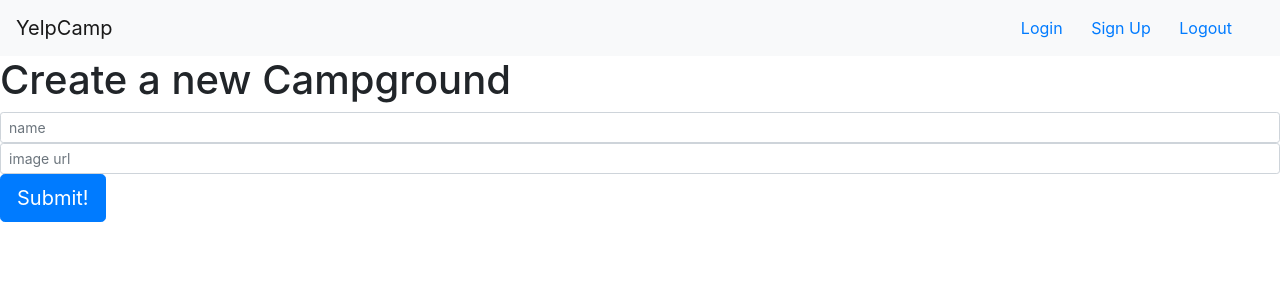
Repository: manojsatya/YelpCamp
Page: http://localhost/campgrounds/new
These files come from the project's save history. The page is drawn as it stood at one moment and after the next save; the edit follows.
The browser window is 1280 px wide. The pictures show the whole page.
The page is served by the project's Node server (app.js).

Above is the page before, as saved 2019-06-14 17:45:54.
Console error: TypeError: Cannot read properties of undefined (reading 'fn')

After the next save:
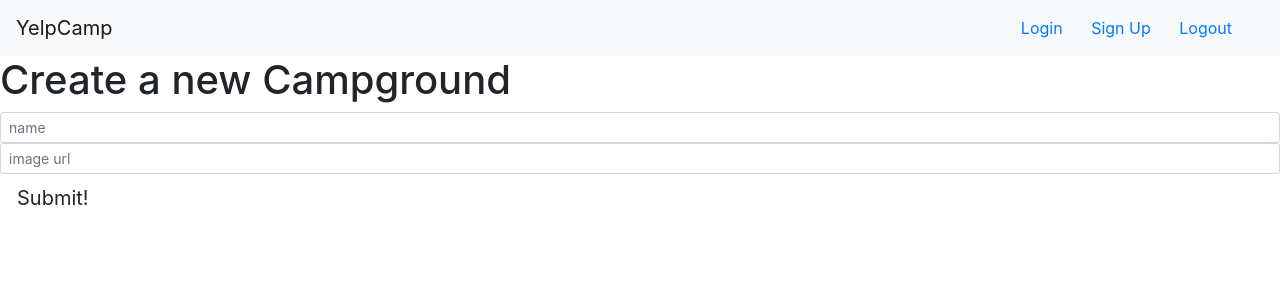
Saved 17 s later.
--- a/views/new.ejs
+++ b/views/new.ejs
@@ -7,7 +7,7 @@
 <form action="/campgrounds" method="POST">
     <input class="form-control form-control-sm" type="text" name="name" id="" placeholder="name">
     <input class="form-control form-control-sm" type="text" name="image" id="" placeholder="image url">
-    <button class="btn btn-primary btn-lg"> Submit!</button>
+    <button class="btn btn-lg"> Submit!</button>
 
 </form>
 
